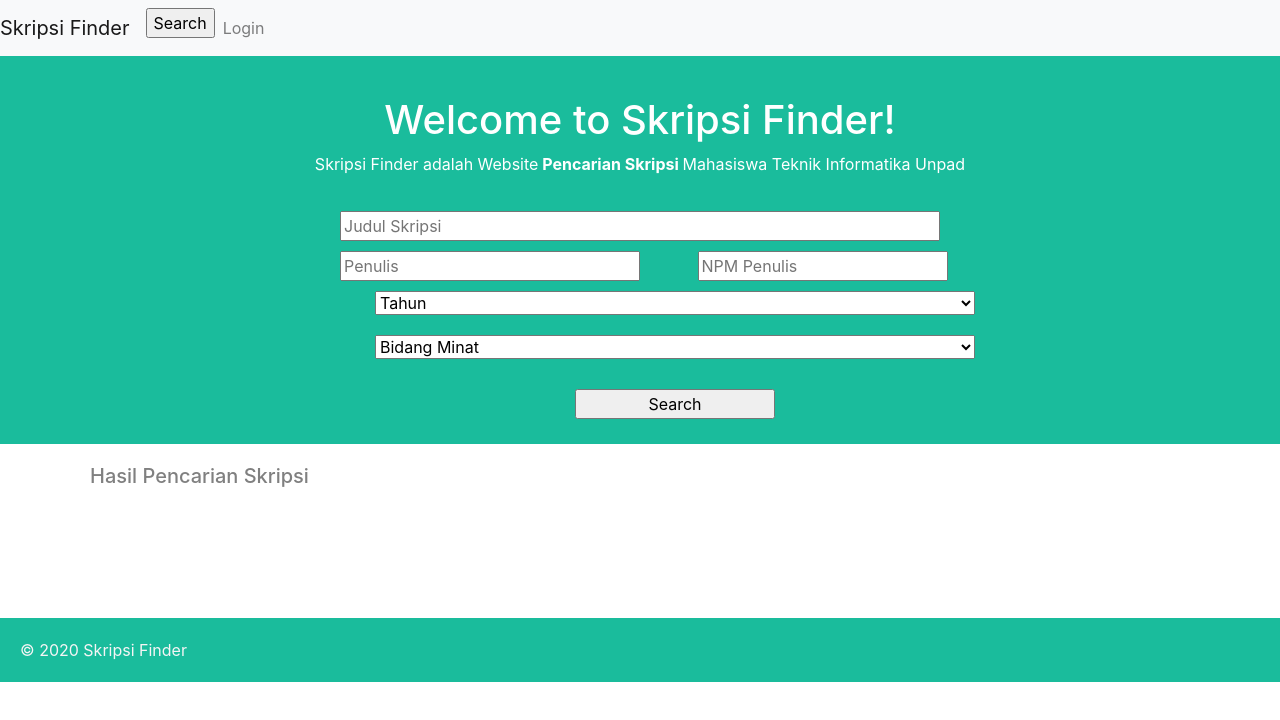
Repository: faalihnst/berita
Page: /
The author's editor kept a copy of each file at every save. The page is drawn from the files as they stood at one save, then again after the next save.
The browser window is 1280 px wide. The pictures show the whole page.
The project was rebuilt for these pictures with package versions that can differ from the ones it lists, and the page was loaded fresh each time.

Above is the page before, as saved 2020-06-05 01:21:01.

After the next save:
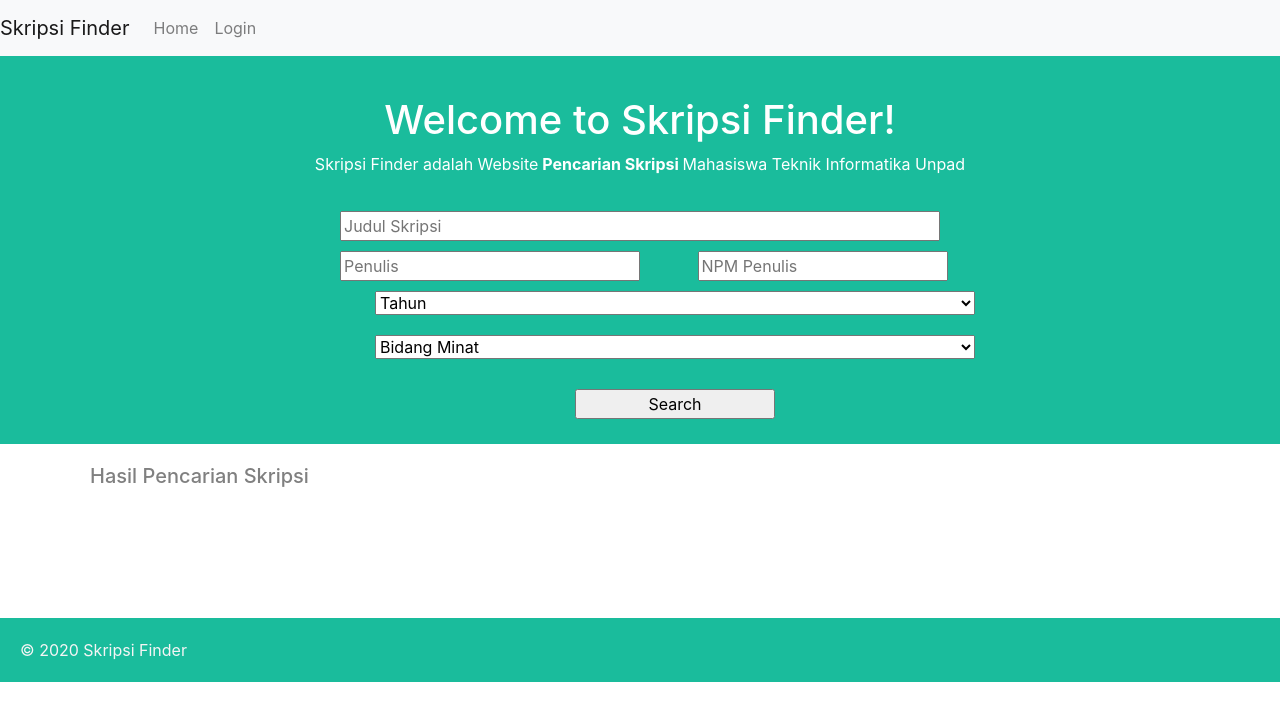
Saved 4 min 18 s later.
--- a/src/pages/homepage.js
+++ b/src/pages/homepage.js
@@ -68,10 +68,10 @@ export default function Homepage() {
     };
   };
 
-  const handleChangeTitle = () => {
-    setValue({
-      ...value,
-      title: "Kesehatan",
+  const handleChangeTitle = (event) => {
+    setValue({
+      ...value,
+      title: event.target.value,
     });
   };
 
@@ -143,14 +143,11 @@ export default function Homepage() {
         <div className="collapse navbar-collapse" id="navbarSupportedContent">
           <ul className="navbar-nav mr-auto">
             <li className="nav-item active">
-            <input
-                type="button"
-                className="nav-item"
-                id="search"
-                value="Search"
-                onChange={handleChangeTitle}
-                onClick={getData}
-            />
+            <li className="nav-item">
+              <a className="nav-link" href="Login" onClick={getData}>
+                Home
+              </a>
+            </li>
             </li>
             <li className="nav-item">
               <a className="nav-link" href="Login">
